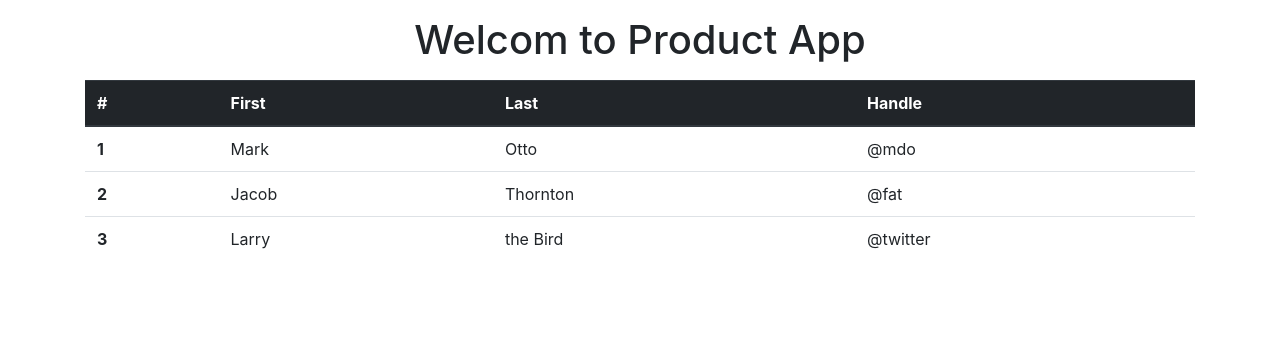
Repository: trajendra0242/Spring_Mvc_Crud_Operations
Page: http://localhost/productapp/WEB-INF/views/index.jsp
The author's editor kept a copy of each file at every save. The page is drawn from the files as they stood at one save, then again after the next save.
The browser window is 1280 px wide. The pictures show the whole page.
Some web libraries are served in a nearby version. The page is served by Tomcat 9. Nobody is signed in. Other server files are loaded and not shown. The template is opened directly, without the code that normally fills it, so the values that code supplies are empty.

Above is the page before, as saved 2023-12-21 07:05:30.

### productapp/src/main/webapp/WEB-INF/views/index.jsp
<html>
<head>
<%@include file="./base.jsp"%>
<%@ taglib prefix="c" uri="http://java.sun.com/jsp/jstl/core"%>
</head>
<body>
	<div class="container mt-3">
		<div class="row">
			<div class="col-md-12">
				<h1 class="text-center mb-3">Welcom to Product App</h1>
				<table class="table">
					<thead class="thead-dark">
						<tr>
							<th scope="col">#</th>
							<th scope="col">First</th>
							<th scope="col">Last</th>
							<th scope="col">Handle</th>
						</tr>
					</thead>
					<tbody>
						<tr>
							<th scope="row">1</th>
							<td>Mark</td>
							<td>Otto</td>
							<td>@mdo</td>
						</tr>
						<tr>
							<th scope="row">2</th>
							<td>Jacob</td>
							<td>Thornton</td>
							<td>@fat</td>
						</tr>
						<tr>
							<th scope="row">3</th>
							<td>Larry</td>
							<td>the Bird</td>
							<td>@twitter</td>
						</tr>
					</tbody>
				</table>
			</div>
		</div>
	</div>
</body>
</html>

### productapp/src/main/webapp/WEB-INF/views/base.jsp
<%@page import="javax.servlet.descriptor.TaglibDescriptor"%>
<%@ page language="java" contentType="text/html; charset=UTF-8"
	pageEncoding="UTF-8"%>
<meta name="viewport"
	content="width=device-width, initial-scale=1, shrink-to-fit=no">
	<%@page isELIgnored="false" %>
<%@ taglib prefix="c" uri="http://java.sun.com/jsp/jstl/core"%>

<link rel="stylesheet"
	href="https://cdn.jsdelivr.net/npm/bootstrap@4.0.0/dist/css/bootstrap.min.css"
	integrity="sha384-Gn5384xqQ1aoWXA+058RXPxPg6fy4IWvTNh0E263XmFcJlSAwiGgFAW/dAiS6JXm"
	crossorigin="anonymous">
<script src="https://code.jquery.com/jquery-3.2.1.slim.min.js"
	integrity="sha384-KJ3o2DKtIkvYIK3UENzmM7KCkRr/rE9/Qpg6aAZGJwFDMVNA/GpGFF93hXpG5KkN"
	crossorigin="anonymous"></script>
<script
	src="https://cdn.jsdelivr.net/npm/popper.js@1.12.9/dist/umd/popper.min.js"
	integrity="sha384-ApNbgh9B+Y1QKtv3Rn7W3mgPxhU9K/ScQsAP7hUibX39j7fakFPskvXusvfa0b4Q"
	crossorigin="anonymous"></script>
<script
	src="https://cdn.jsdelivr.net/npm/bootstrap@4.0.0/dist/js/bootstrap.min.js"
	integrity="sha384-JZR6Spejh4U02d8jOt6vLEHfe/JQGiRRSQQxSfFWpi1MquVdAyjUar5+76PVCmYl"
	crossorigin="anonymous"></script>

<title><c:out value="${title }">Product CRUD APP</c:out></title>

After the next save:
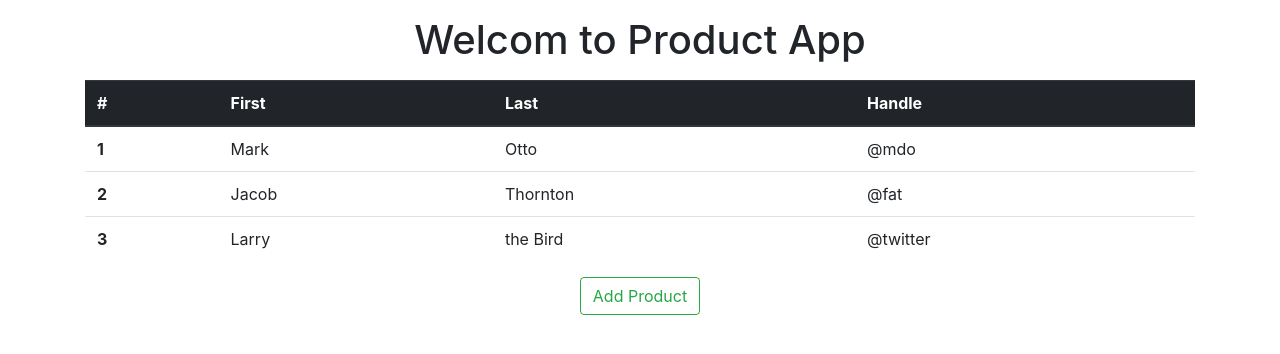
Saved 2 min 41 s later.
--- a/productapp/src/main/webapp/WEB-INF/views/index.jsp
+++ b/productapp/src/main/webapp/WEB-INF/views/index.jsp
@@ -38,6 +38,9 @@
 						</tr>
 					</tbody>
 				</table>
+				<div class="container text-center">
+					<a href="add-product" class="btn btn-outline-success">Add Product</a>
+				</div>
 			</div>
 		</div>
 	</div>
